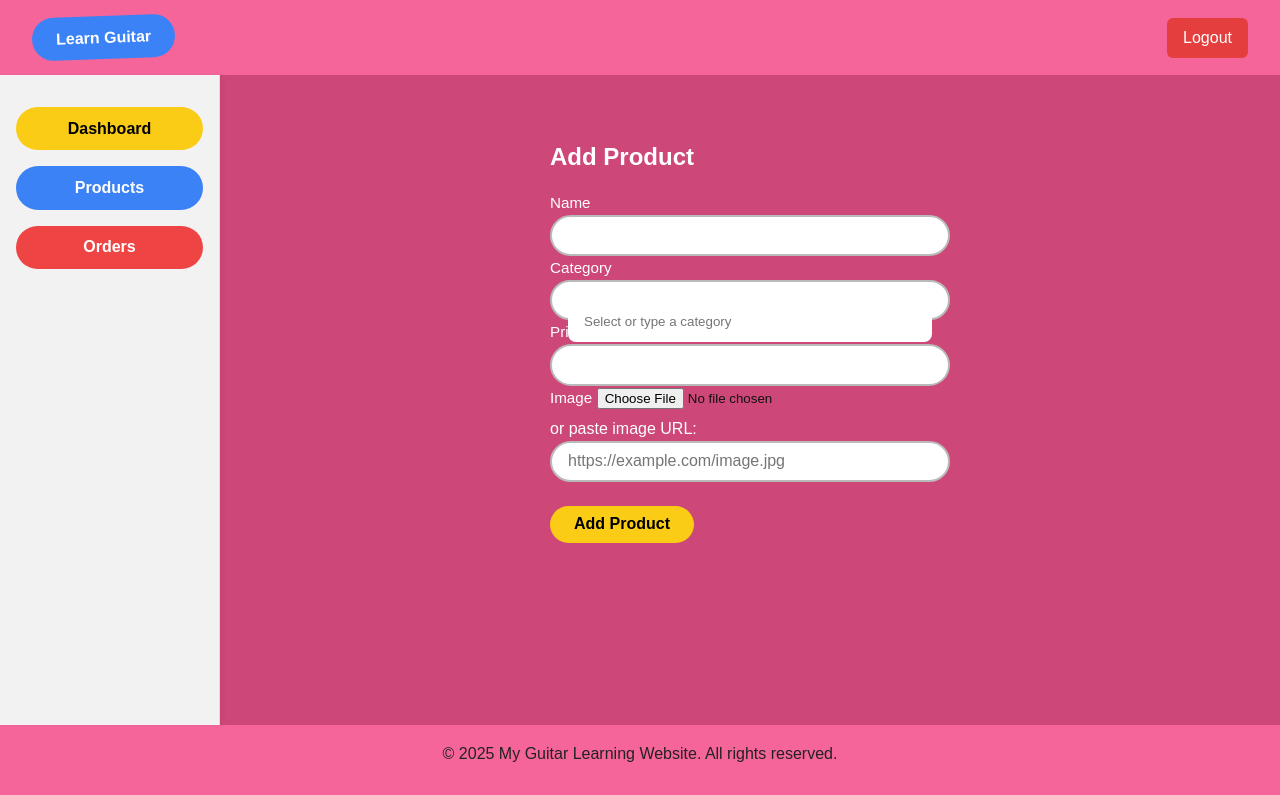
Repository: rywkoo/LearnGuitar
Page: templates/admin/addproduct.html
These files come from the project's save history. The page is drawn as it stood at one moment and after the next save; the edit follows.
The browser window is 1280 px wide. The pictures show the whole page.
The page is served by the project's application, run on Flask 3 (app.py). The template is opened directly, without the code that normally fills it, so the values that code supplies are empty.

Above is the page before, as saved 2025-08-25 22:42:42.

After the next save:
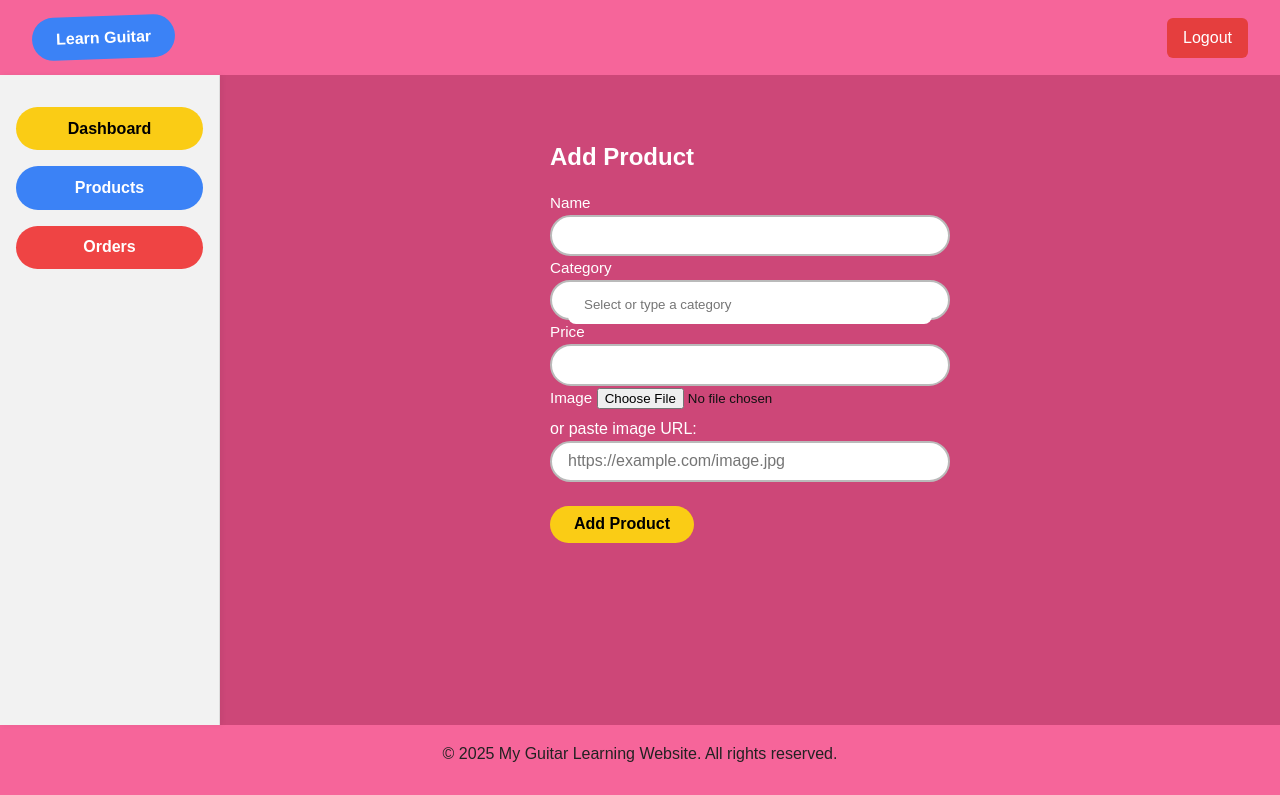
Saved 5 s later.
--- a/templates/admin/addproduct.html
+++ b/templates/admin/addproduct.html
@@ -14,7 +14,7 @@
   width: 100%;
   height: 40px;
   padding: 1rem 1rem;
-  margin-top: 10px;
+  margin-top: -10px;
   border-radius: 8px;
   border: 1px solid #ccc;
 }
